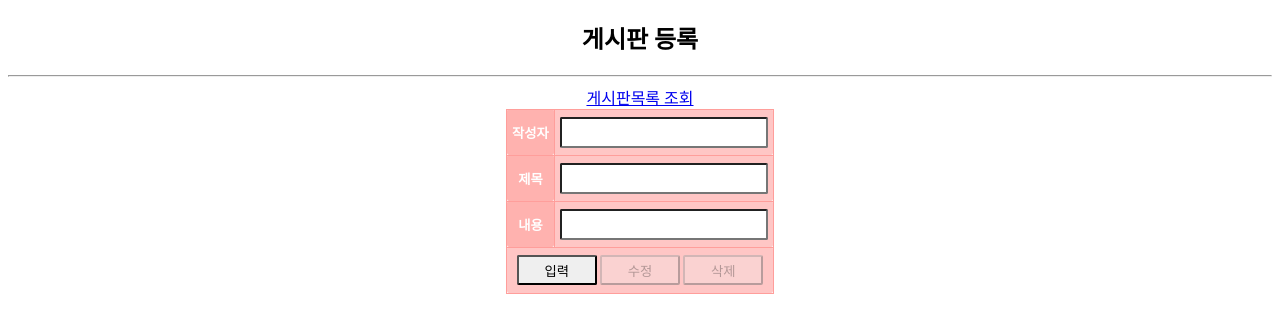
Repository: kwackchaelim/smyproject
Page: http://localhost/smyboarddemo/boarddemo/smyboard_control.jsp?action=add
These files come from the project's save history. The page is drawn as it stood at one moment and after the next save; the edit follows.
The browser window is 1280 px wide. The pictures show the whole page.
The page is served by Tomcat 9.

Above is the page before, as saved 2019-10-16 20:18:16.

### board/smyboarddemo/WebContent/boarddemo/smyboard_control.jsp
<%@ page language="java" contentType="text/html; charset=UTF-8"
    pageEncoding="UTF-8"%>

<%@ page import = "org.smy.board.*" %>
<%@ page import = "java.util.ArrayList" %>

<% request.setCharacterEncoding("UTF-8"); %>

<jsp:useBean id="smyboardDTO" class="org.smy.board.smyboardDTO" scope="request" ></jsp:useBean>
<jsp:setProperty property="*" name="smyboardDTO"/>
<jsp:useBean id="smyboardDAO" class="org.smy.board.smyboardDAO" scope="request" ></jsp:useBean>

<%
/**
*
* @brief 	action구분과 파라메터
*
* @author 	김설규
* @date 	2019-10-16
*
* @param 	action
*
* @remark 	action구분과 파라메터	[2019-10-16; 김설규]
*
*/
 	String action = request.getParameter("action");
/**
*
* @brief 	action파라메터에 따라 각각처리
*
* @author 	김설규
* @date 	2019-10-16
*
* @param 	action
*
* @remark 	action파라메터	[2019-10-16; 김설규]
*
*/
 	if (action.equals("add")) {

 		pageContext.forward("smyboard_view.jsp?action=add");

 	} else if (action.equals("insert")) {

 		if (smyboardDAO.insertDB(smyboardDTO)) {

 			pageContext.forward("smyboard_control.jsp?action=list");
 		} else {
 			throw new Exception("DB 입력오류");
 		}

 	} else if (action.equals("list")) {

 		ArrayList<smyboardDTO> boardList = smyboardDAO.getDBList();

 		request.setAttribute("boardList", boardList);
 		pageContext.forward("smyboard_list.jsp");
 	} else if (action.equals("edit")) {

 		smyboardDTO = smyboardDAO.getDB(Integer.parseInt((String) request.getParameter("id")));

 		request.setAttribute("smyboardDTO", smyboardDTO);
 		pageContext.forward("smyboard_view.jsp?action=edit");

 	} else if (action.equals("update")) {

 		if (smyboardDAO.updateDB(smyboardDTO)) {

 			pageContext.forward("smyboard_control.jsp?action=list");
 		} else {
 			throw new Exception("DB 수정오류");
 		}

 	} else if (action.equals("delete")) {

 		if (smyboardDAO.deleteDB(Integer.parseInt((String) request.getParameter("id")))) {

 			pageContext.forward("smyboard_control.jsp?action=list");
 		} else {
 			throw new Exception("DB 삭제오류");
 		}

 	} else {
 		out.println("<script>alert('DBerr')</script>");
 	}
 %>

### board/smyboarddemo/WebContent/boarddemo/smyboard_view.jsp
<%@ page language="java" contentType="text/html; charset=UTF-8"
    pageEncoding="UTF-8"%>
<!DOCTYPE html PUBLIC "-//W3C//DTD HTML 4.01 Transitional//EN" "http://www.w3.org/TR/html4/loose.dtd">
<html>
<head>
	<meta http-equiv="Content-Type" content="text/html; charset=UTF-8">
	<title>게시판 등록</title>
	<link rel="stylesheet" href="smyboard.css" type="text/css" media="screen" />
	<script type="text/javascript">
	/**
	* @fn		window.onload = function()
	*
	* @brief 	페이지 로딩 후 실행 위한 선언
	*
	* @author 	김설규
	* @date 	2019-10-16
	*
	* @param 	action
	*
	* @remark 	페이지 로딩 후 실행 위한 선언	[2019-10-16; 김설규]
	*
	*/
		// window.load는 페이지 로딩 후 실행
		window.onload = function() {
			var action = document.form1.action.value;

			if(action=="edit") {
				document.getElementById("insert").disabled=true;
			} else if(action=="add") {
				document.getElementById("update").disabled=true;
				document.getElementById("delete").disabled=true;
			}
		}
		/**
		* @fn		insertcheck()
		*
		* @brief 	Click action control 전달을 위한 선언
		*
		* @author 	김설규
		* @date 	2019-10-16
		*
		* @param 	insert
		*
		* @remark 	Click action control 전달을 위한 선언	[2019-10-16; 김설규]
		*
		*/
		function insertcheck() {
			document.form1.action.value="insert";
			document.form1.submit();
		}
		/**
		* @fn		updatecheck()
		*
		* @brief 	Click action control 전달을 위한 선언
		*
		* @author 	김설규
		* @date 	2019-10-16
		*
		* @param 	update
		*
		* @remark 	Click action control 전달을 위한 선언	[2019-10-16; 김설규]
		*
		*/
		function updatecheck() {
			document.form1.action.value="update";
			document.form1.submit();
		}
		/**
		* @fn		deletecheck()
		*
		* @brief 	Click action control 전달을 위한 선언
		*
		* @author 	김설규
		* @date 	2019-10-16
		*
		* @param 	delete
		*
		* @remark 	Click action control 전달을 위한 선언	[2019-10-16; 김설규]
		*
		*/
		function deletecheck() {
			result = confirm("정말로 삭제하시겠습니까 ?");

			if(result == true){

				document.form1.action.value="delete";
				document.form1.submit();
			}
			else
				return;
		}
	</script>

</head>

<jsp:useBean id="smyboardDTO" scope="request" class="org.smy.board.smyboardDTO"></jsp:useBean>

<body>
	<div align="center">
	<H2>게시판 등록</H2>
	<HR>

	<a href="board_control.jsp?action=list">게시판목록 조회</a>

	<!-- 게시판 등록용 -->
	<form name="form1" method="post" action=smyboard_control.jsp>

		<%
		/**
		*
		* @brief 	action구분  위한 선언
		*
		* @author 	김설규
		* @date 	2019-10-16
		*
		* @param 	add, edit
		*
		* @remark 	action구분  위한 선언	[2019-10-16; 김설규]
		*
		*/
			String action = request.getParameter("action");

			if(action.equals("add")) {
				smyboardDTO.setUserName("");
				smyboardDTO.setTitle("");
				smyboardDTO.setContent("");
			}
		%>
		<input type="hidden" name="action" value="<%= action %>">
		<input type="hidden" name="id" value="<%= smyboardDTO.getId() %>">

		<table>
			<tr>
				<th>작성자</th>
				<td><input type=text size=20 name=userName value="<%= smyboardDTO.getUserName() %>"></td>
			</tr>
			<tr>
				<th>제목</th>
				<td><input type=text size=20 name=title value="<%= smyboardDTO.getTitle() %>"></td>
			</tr>
			<tr>
				<th>내용</th>
				<td><input type=text size=100 name=content value="<%= smyboardDTO.getContent() %>"></td>
			</tr>
			<tr>
				<td colspan=2 align=center>
					<input type="button" id="insert" value="입력" onClick="insertcheck()">
					<input type="button" id="update" value="수정" onClick="updatecheck()">
					<input type="button" id="delete" value="삭제" onClick="deletecheck()">
				</td>
			</tr>
		</table>
	</form>
	</div>

</body>
</html>

### board/smyboarddemo/src/org/smy/board/smyboardDTO.java
package org.smy.board;

public class smyboardDTO {

	private int id;
	private String userName;
	private String title;
	private String content;

	public int getId() {
		return id;
	}
	public void setId(int id) {
		this.id = id;
	}
	public String getUserName() {
		return userName;
	}
	public void setUserName(String userName) {
		this.userName = userName;
	}
	public String getTitle() {
		return title;
	}
	public void setTitle(String title) {
		this.title = title;
	}
	public String getContent() {
		return content;
	}
	public void setContent(String content) {
		this.content = content;
	}



}

### board/smyboarddemo/src/org/smy/board/smyboardDAO.java
package org.smy.board;

import java.sql.*;
import java.util.ArrayList;

import org.smy.board.smyboardDTO;

public class smyboardDAO {

	Connection conn = null;
	PreparedStatement pstmt = null;

	String jdbc_driver = "com.mysql.jdbc.Driver";

	String jdbc_url = "jdbc:mysql://127.0.0.1/jspdb?useSSL=true&verifyServerCertificate=false&serverTimezone=UTC";

	/**
	 *
	 * @fn 		connect()
	 *
	 * @brief 	DB 연결 메서드
	 *
	 * @author 	김설규
	 * @date 	2019-10-16
	 *
	 * @param 	jdbc_url,"jspbook","1234"
	 *
	 * @remark 	DB 연결을 위한 선언		[2019-10-16; 김설규]
	 *
	 */
	void connect() {
		try {
			Class.forName(jdbc_driver);

			conn = DriverManager.getConnection(jdbc_url,"jspbook","1234");
		} catch (Exception e) {
			e.printStackTrace();
		}
	}
	/**
	 *
	 * @fn 		disconnect()
	 *
	 * @brief 	DB 연결해제 메서드
	 *
	 * @author 	김설규
	 * @date 	2019-10-16
	 *
	 * @param 	null
	 *
	 * @remark 	DB 연결해제을 위한 선언		[2019-10-16; 김설규]
	 *
	 */
	void disconnect() {
		if(pstmt != null) {
			try {
				pstmt.close();
			} catch (SQLException e) {
				e.printStackTrace();
			}
		}
		if(conn != null) {
			try {
				conn.close();
			} catch (SQLException e) {
				e.printStackTrace();
			}
		}
	}
	/**
	 *
	 * @fn 		insertDB(smyboardDTO smyboardDTO)
	 *
	 * @brief 	DB 입력을 위한 메서드
	 *
	 * @author 	김설규
	 * @date 	2019-10-16
	 *
	 * @param 	userName, title, content
	 *
	 * @remark 	DB 입력을 위한 선언		[2019-10-16; 김설규]
	 *
	 */
	public boolean insertDB(smyboardDTO smyboardDTO) {

		connect();

			String sql ="insert into Board(userName, title, content) values(?,?,?)";
		try {

			pstmt = conn.prepareStatement(sql);

			pstmt.setString(1,smyboardDTO.getUserName());
			pstmt.setString(2,smyboardDTO.getTitle());
			pstmt.setString(3,smyboardDTO.getContent());

			pstmt.executeUpdate();

		} catch (SQLException e) {
			e.printStackTrace();
			return false;
		}
		finally {
			disconnect();
		}
		return true;
	}
	/**
	 *
	 * @fn 		ArrayList<smyboardDTO> getDBList()
	 *
	 * @brief 	DB 조회을 위한 메서드
	 *
	 * @author 	김설규
	 * @date 	2019-10-16
	 *
	 * @param 	id, userName, title, content
	 *
	 * @remark 	DB 조회을 위한 선언		[2019-10-16; 김설규]
	 *
	 */
	public ArrayList<smyboardDTO> getDBList() {

		connect();

		ArrayList<smyboardDTO> boardList = new ArrayList<smyboardDTO>();

		String sql = "select id, userName, title, content from Board";

		try {

			pstmt = conn.prepareStatement(sql);

			ResultSet rs = pstmt.executeQuery();

			while(rs.next()) {

				smyboardDTO smyboardDTO = new smyboardDTO();

				smyboardDTO.setId(rs.getInt("id"));
				smyboardDTO.setUserName(rs.getString("userName"));
				smyboardDTO.setTitle(rs.getString("title"));
				smyboardDTO.setContent(rs.getString("content"));

				boardList.add(smyboardDTO);
			}
			rs.close();

		} catch (SQLException e) {
			e.printStackTrace();
		}
		finally {
			disconnect();
		}
		return boardList;
	}
	/**
	 *
	 * @fn 		smyboardDTO getDB(int id)
	 *
	 * @brief 	DB 상세페이지 을 위한 메서드
	 *
	 * @author 	김설규
	 * @date 	2019-10-16
	 *
	 * @param 	* 입력된 데이터의 모든 것을 조회하기 위해 param = *
	 *
	 * @remark 	DB 상제페이지를 위한 선언		[2019-10-16; 김설규]
	 *
	 */
	public smyboardDTO getDB(int id) {

		connect();

		smyboardDTO smyboardDTO = new smyboardDTO();

		String sql = "select * from Board where id = ?";

		try {

			pstmt = conn.prepareStatement(sql);

			pstmt.setInt(1,id);

			ResultSet rs = pstmt.executeQuery();

			rs.next();

			smyboardDTO.setId(rs.getInt("id"));
			smyboardDTO.setUserName(rs.getString("userName"));
			smyboardDTO.setTitle(rs.getString("title"));
			smyboardDTO.setContent(rs.getString("content"));

			rs.close();

		} catch (SQLException e) {
			e.printStackTrace();
		}
		finally {
			disconnect();
		}
		return smyboardDTO;
	}
	/**
	 *
	 * @fn 		updateDB(smyboardDTO smyboardDTO)
	 *
	 * @brief 	DB 수정을 위한 메서드
	 *
	 * @author 	김설규
	 * @date 	2019-10-16
	 *
	 * @param 	userName=?, title=?, content=? where id=?
	 *
	 * @remark 	DB 수정을 위한 선언		[2019-10-16; 김설규]
	 *
	 */
	public boolean updateDB(smyboardDTO smyboardDTO) {

		connect();

		String sql ="update Board set userName=?, title=?, content=? where id=?";

		try {

			pstmt = conn.prepareStatement(sql);

			pstmt.setString(1,smyboardDTO.getUserName());
			pstmt.setString(2,smyboardDTO.getTitle());
			pstmt.setString(3,smyboardDTO.getContent());
			pstmt.setInt(4,smyboardDTO.getId());

			pstmt.executeUpdate();

		} catch (SQLException e) {
			e.printStackTrace();
			return false;
		}
		finally {
			disconnect();
		}
		return true;
	}
	/**
	 *
	 * @fn 		deleteDB(int id)
	 *
	 * @brief 	DB 삭제을 위한 메서드
	 *
	 * @author 	김설규
	 * @date 	2019-10-16
	 *
	 * @param 	id=? 해당하는 id을 기준으로 삭제 하기 때문에 param = id=?
	 *
	 * @remark 	DB 삭제을 위한 선언		[2019-10-16; 김설규]
	 *
	 */
	public boolean deleteDB(int id) {


		connect();

			String sql ="delete from Board where id=?";

		try {

			pstmt = conn.prepareStatement(sql);

			pstmt.setInt(1,id);

			pstmt.executeUpdate();

		} catch (SQLException e) {
			e.printStackTrace();
			return false;
		}
		finally {
		}
		return true;
	}


}

### board/smyboarddemo/WebContent/boarddemo/smyboard.css
@CHARSET "UTF-8";

table {
	width: auto;
	border-collapse: collapse;
	text-align: center;
	border-radius: 2px;
}

td,th {
	font-size: 10pt;
	border: 1px solid #FF9E9B;
	border-radius: 2px;
	height: 35px;
	padding: 5px;
}

th {
	background-color: #FFB2AF;
	border-radius: 2px;
	color: #ffffff;
	font-family: Georgia;
}

tr td {
	border-radius: 2px;
	color: #000000;
	background-color: #FFC6C5;
}

input {
	border-radius: 2px;
	height: 25px;
	width:200px;
}

input[type="submit"],[type="reset"],[type="button"] {
	border-radius: 2px;
	height: 30px;
	width:80px;
}

After the next save:
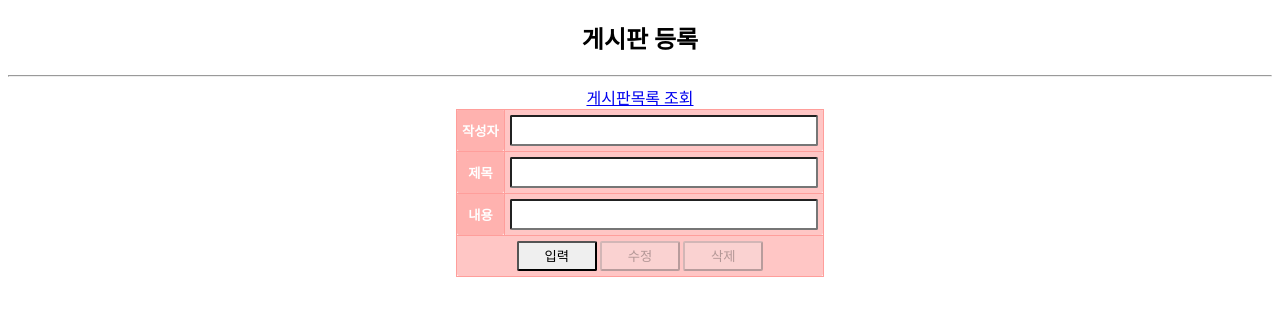
Saved 12 s later.
--- a/board/smyboarddemo/WebContent/boarddemo/smyboard.css
+++ b/board/smyboarddemo/WebContent/boarddemo/smyboard.css
@@ -11,7 +11,7 @@ td,th {
 	font-size: 10pt;
 	border: 1px solid #FF9E9B;
 	border-radius: 2px;
-	height: 35px;
+	height: 30px;
 	padding: 5px;
 }
 
@@ -31,7 +31,7 @@ tr td {
 input {
 	border-radius: 2px;
 	height: 25px;
-	width:200px;
+	width:300px;
 }
 
 input[type="submit"],[type="reset"],[type="button"] {
